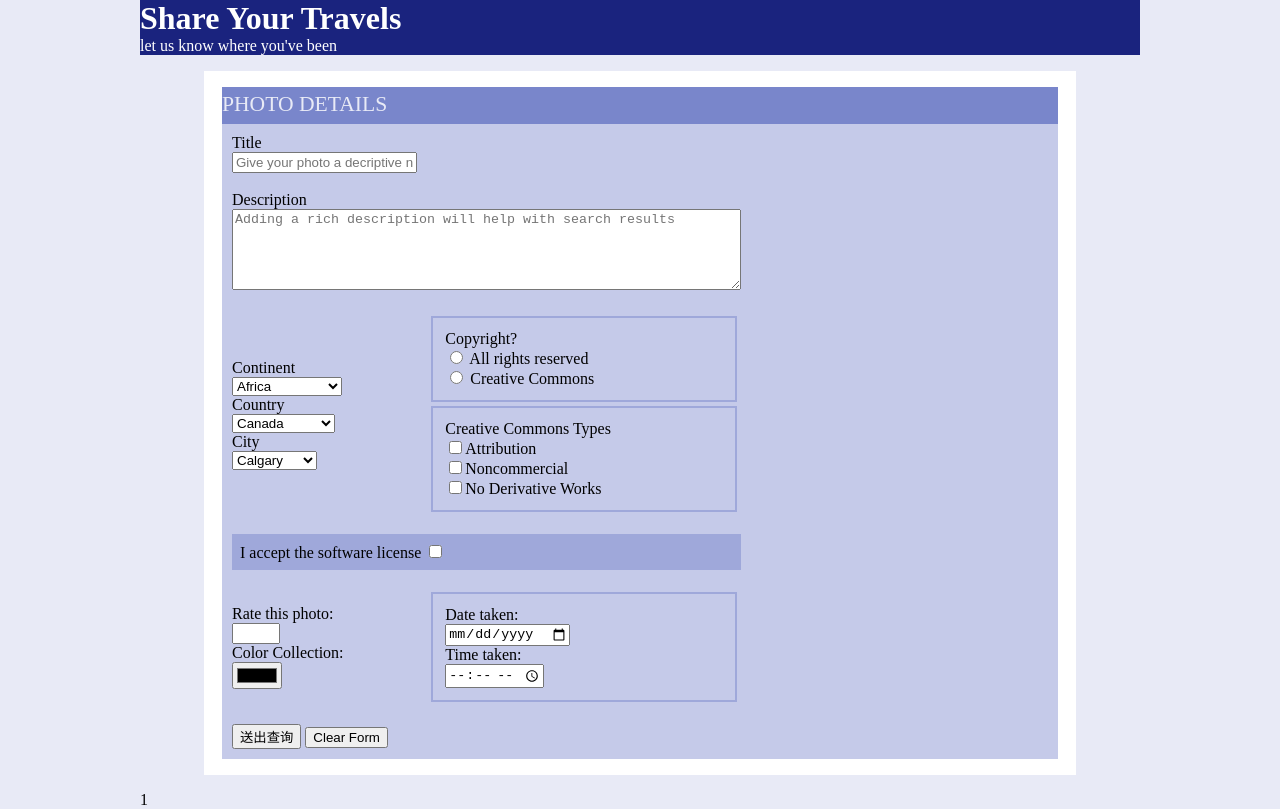
Repository: thomasTAT/UM
Page: cisc3003/CISC3003-EclipseWS-Practices-2023/CISC3003-Practice04-2023FEB17/public/cisc3003-practice04.html
An editor plug-in stored every save of this project. The page is shown before and after the next save, followed by the edit.
The browser window is 1280 px wide. The pictures show the whole page.

Above is the page before, as saved 2023-02-24 01:48:18.

### cisc3003/CISC3003-EclipseWS-Practices-2023/CISC3003-Practice04-2023FEB17/public/cisc3003-practice04.html
<!DOCTYPE html>
<html lang="en">

<head>
    <meta charset="utf-8">
    <title>CISC3003: Practice 04</title>
    <link rel="stylesheet" href="css/reset.css">
    <link rel="stylesheet" href="css/cisc3003-practice04.css">
</head>

<body>
    <header>
        <h1>Share Your Travels</h1>
        <p>let us know where you've been</p>
    </header>
    <main>
        <section>
            <h2 style="display: none">This is a form</h2>
            <form action="process.php">
                <fieldset>
                    <legend>Photo Details</legend>
                    <table>
                        <tr>
                            <td colspan="2">
                                <label for="title">Title</label>
                                <br>
                                <input type="text" name="title" id="title"
                                    placeholder="Give your photo a decriptive name">
                            </td>
                        </tr>
                        <tr>
                            <td colspan="2">
                                <label for="description"> Description </label>
                                <br>
                                <textarea id="description" name="description" rows="5" cols="61"
                                    placeholder="Adding a rich description will help with search results"></textarea>
                            </td>
                        </tr>
                        <tr>
                            <td>
                                <label for="continent">Continent</label>
                                <br>
                                <select name="continent" id="continent">
                                    <option value="africa">Africa</option>
                                    <option value="asia">Asia</option>
                                    <option value="eu">Europe</option>
                                    <option value="NA">North America</option>
                                    <option value="SA">South America</option>
                                </select>
                                <br>
                                <label for="country">Country</label>
                                <br>
                                <select name="country" id="country">
                                    <option value="canada">Canada</option>
                                    <option value="mexico">Mexico</option>
                                    <option value="united-states">United States</option>
                                </select>
                                <br>
                                <label for="city">City</label>
                                <br>
                                <select name="city" id="city">
                                    <option value="calgary">Calgary</option>
                                    <option value="montreal">Montreal</option>
                                    <option value="toronto">Toronto</option>
                                    <option value="vancouver">Vancouver</option>
                                </select>
                                <br>
                            </td>
                            <td>
                                <div class="border">
                                    <label>Copyright?</label>
                                    <br>
                                    <input type="radio" name="reserved" id="reserved" value="reserved">
                                    <label for="reserved">All rights reserved</label>
                                    <br>
                                    <input type="radio" name="commons" id="commons" value="commons">
                                    <label for="commons">Creative Commons</label>
                                    <br>
                                </div>
                                <div class="border">
                                    <label>Creative Commons Types</label>
                                    <br>
                                    <input type="checkbox" name="cc[]" value="1">Attribution
                                    <br>
                                    <input type="checkbox" name="cc[]" value="2">Noncommercial
                                    <br>
                                    <input type="checkbox" name="cc[]" value="3">No Derivative
                                    Works <br>
                                </div>
                            </td>
                        </tr>
                        <tr>
                            <td colspan="2">
                                <div class="background">
                                    I accept the software license
                                    <input type="checkbox" name="accept-license" value="1">
                                </div>
                            </td>
                        </tr>
                        <tr>
                            <td>
                                <label for="rate">Rate this photo: </label>
                                <br>
                                <input type="number" min="1" max="5" name="rate" id="rate">
                                <br>
                                <label for="color">Color Collection:</label>
                                <br>
                                <input type="color" name="color" id="color">
                                <br>
                            </td>
                            <td>
                                <div class="border">
                                    <label for="date">Date taken:</label>
                                    <br>
                                    <input type="date" name="date" id="date">
                                    <br>
                                    <label for="time">Time taken:</label>
                                    <br>
                                    <input type="time" name="time" id="time">
                                    <br>
                                </div>
                            </td>
                        </tr>
                        <tr>
                            <td colspan="2">
                                <div class="stripe">
                                    <input type="submit" value="送出查询" class="rounded">
                                    <input type="reset" value="Clear Form" class="rounded">
                                </div>
                            </td>
                        </tr>
                    </table>
                </fieldset>
            </form>
        </section>
    </main>
</body>
1
</html>

### cisc3003/CISC3003-EclipseWS-Practices-2023/CISC3003-Practice04-2023FEB17/public/css/reset.css
html, body, header, footer, hgroup, nav, main, article, section, figure, figcaption, h1, h2, h3, ul, li, body, div, p, img
{
   margin: 0;
   padding: 0;
   font-size: 100%;
   vertical-align: baseline;
   border: 0;
}

### cisc3003/CISC3003-EclipseWS-Practices-2023/CISC3003-Practice04-2023FEB17/public/css/cisc3003-practice04.css
header {
    background-color: #1a237e;
    color: white
}

main {
    background-color: white;
    margin: 1em 4em 1em 4em;
    padding: 1em;

}

body {
    background-color: #e8eaf6;
    max-width: 1000px;
    margin-left: auto;
    margin-right: auto;
}

h1 {
    font-size: 2rem;
}

header p {
    font-size: 1rem;
}

fieldset {
    background-color: #c5cae9;
    border: none;
    padding: 0;
}

legend {
    font-size: 1.35rem;
    background-color: #7986cb;
    height: 1.7rem;
    color: #e8eaf6;
    text-transform: uppercase;
    width: 100%;
    margin: 0;
    padding: 5px 0;
}

.background {
    background-color: #9fa8da;
    padding: 0.5em;
}

table td {
    padding: 0.5em;
}

.border {
    border: 2px solid #9fa8da;
    margin: 0.25em;
    padding: 0.75em;
}

After the next save:
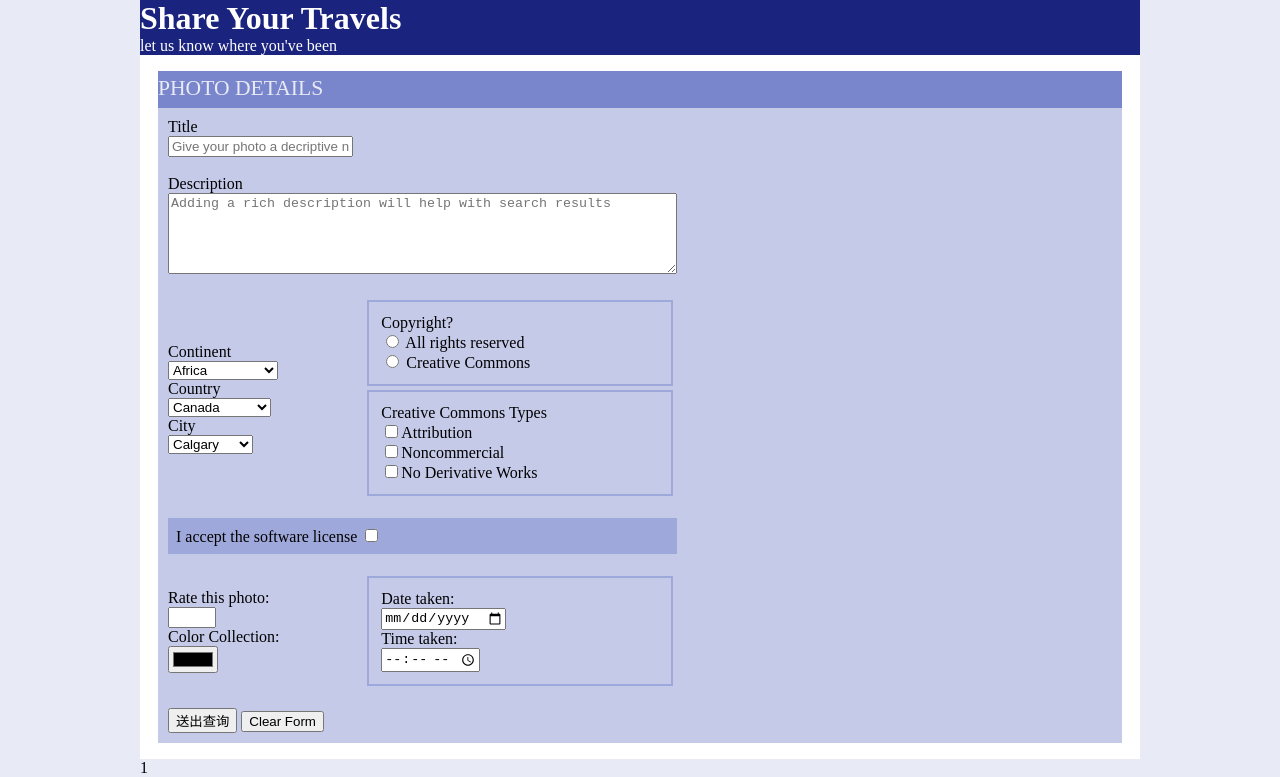
Saved 13 s later.
--- a/cisc3003/CISC3003-EclipseWS-Practices-2023/CISC3003-Practice04-2023FEB17/public/css/cisc3003-practice04.css
+++ b/cisc3003/CISC3003-EclipseWS-Practices-2023/CISC3003-Practice04-2023FEB17/public/css/cisc3003-practice04.css
@@ -5,7 +5,6 @@
 
 main {
     background-color: white;
-    margin: 1em 4em 1em 4em;
     padding: 1em;
 
 }

After the save that followed:
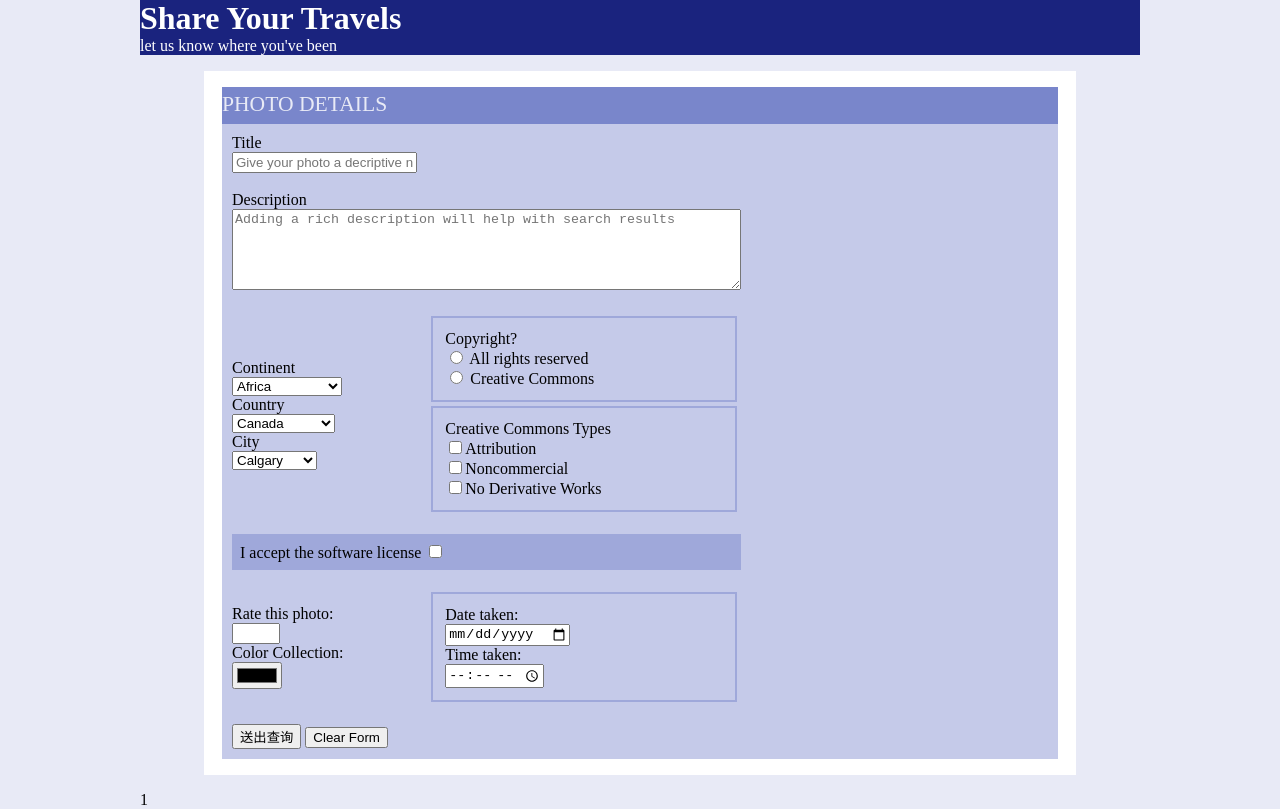
Saved 4 s later.
--- a/cisc3003/CISC3003-EclipseWS-Practices-2023/CISC3003-Practice04-2023FEB17/public/css/cisc3003-practice04.css
+++ b/cisc3003/CISC3003-EclipseWS-Practices-2023/CISC3003-Practice04-2023FEB17/public/css/cisc3003-practice04.css
@@ -5,6 +5,7 @@
 
 main {
     background-color: white;
+    margin: 1em 4em 1em 4em;
     padding: 1em;
 
 }
